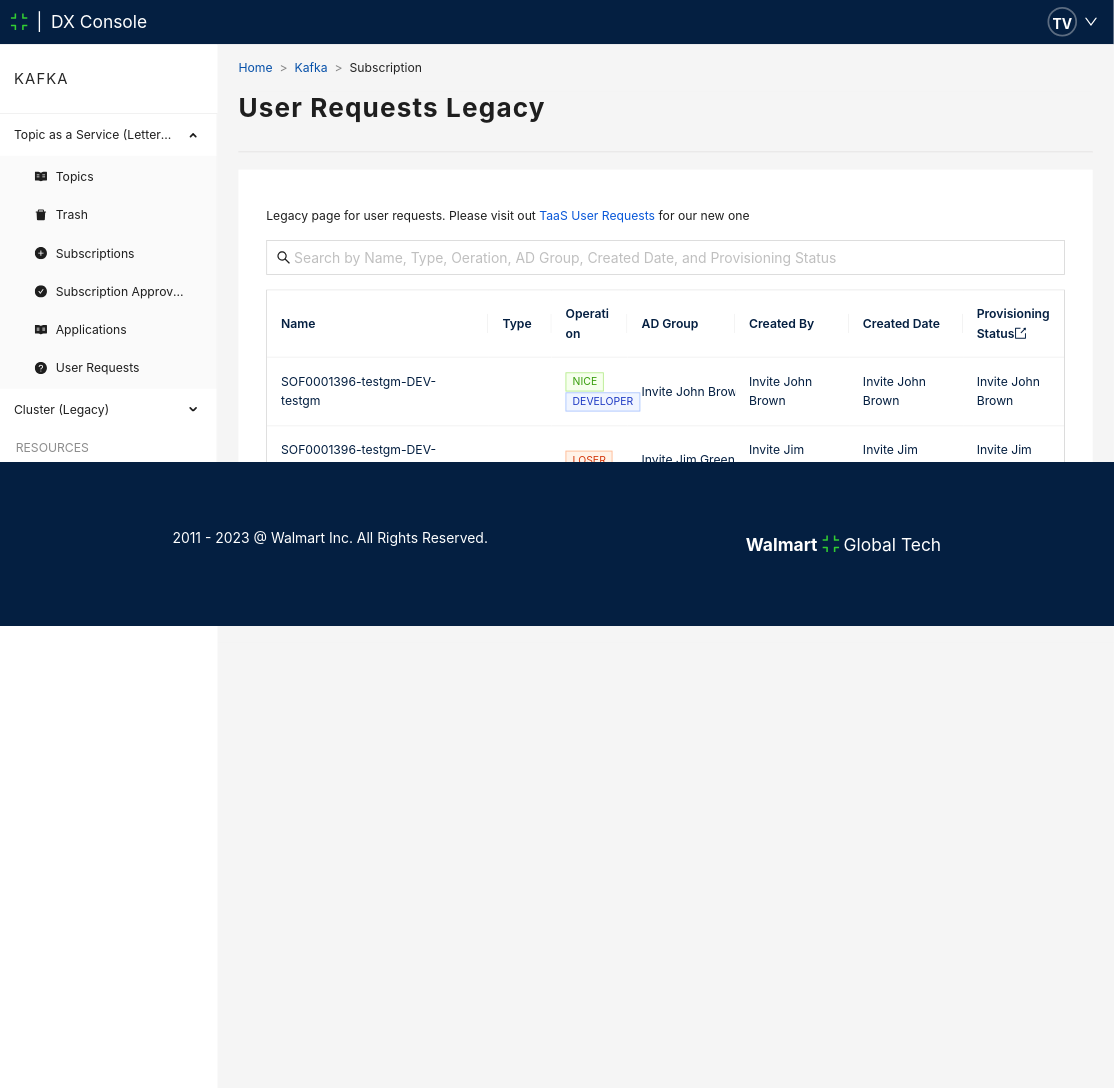
Repository: Qianying-Chai/kafka
Page: /kafka/legacy-requests
The author's editor kept a copy of each file at every save. The page is drawn from the files as they stood at one save, then again after the next save.
The browser window is 1280 px wide. The pictures show the whole page, at 87% of full size.
The project was rebuilt for these pictures with package versions that can differ from the ones it lists, and the page was loaded fresh each time. Also part of the build but not shown: src/pages/Taas/Topics/Topics.jsx, src/pages/Taas/Trash/Style/Trash.css, src/pages/Taas/Trash/Trash.jsx, src/pages/Taas/SubscriptionApprovals/SubscriptionApprovals.jsx, src/pages/Taas/Subscriptions/SubscriptionsNonProxy/SubscriptionsNonProxy.jsx, src/pages/Taas/Subscriptions/SubscriptionsProxy/SubscriptionsProxy.jsx, src/pages/Taas/Applications/Applications.jsx, src/pages/Taas/UserRequests/UserRequests.jsx and 6 more.

Above is the page before, as saved 2024-01-12 23:26:38.

After the next save:
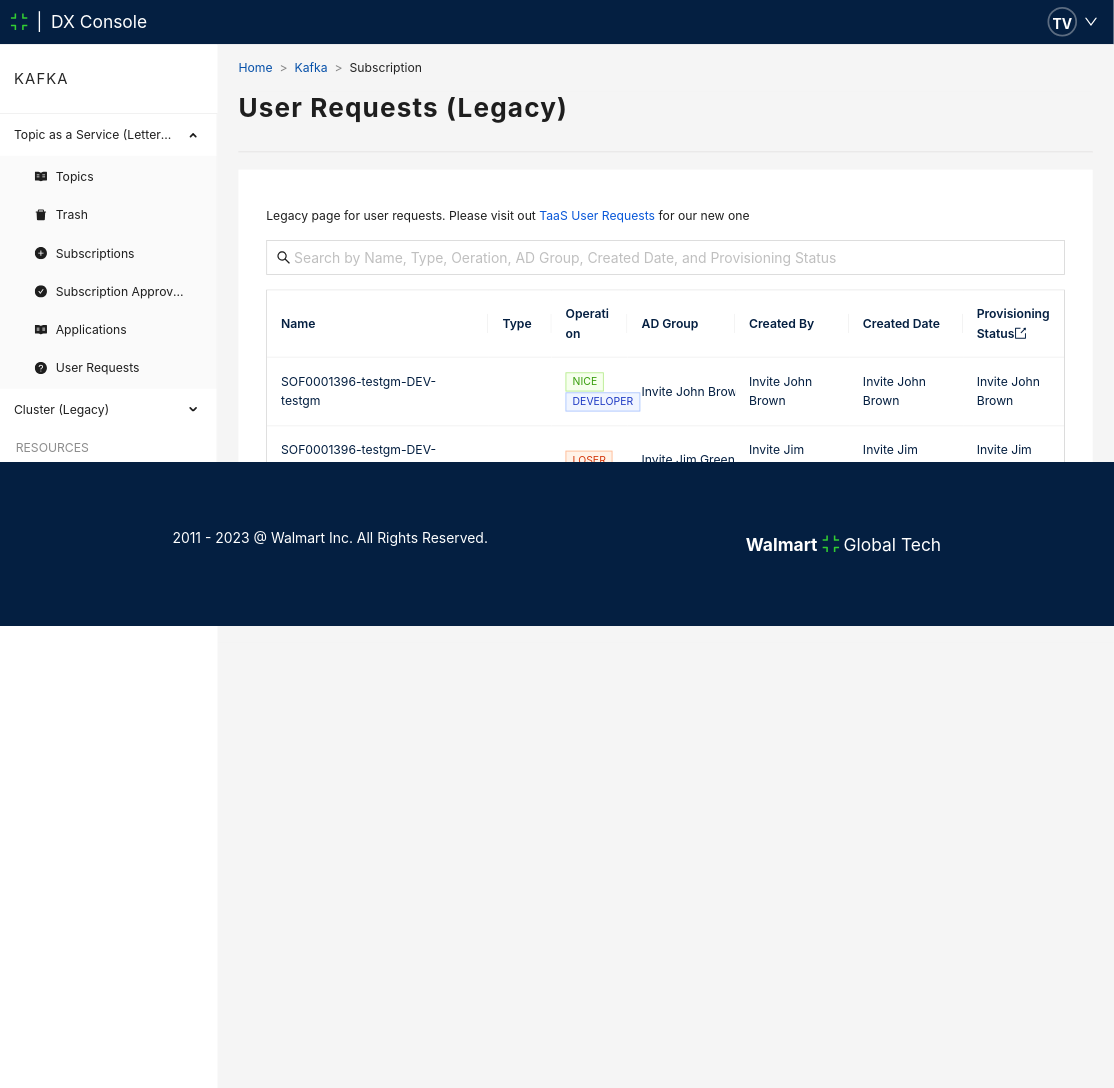
Saved 36 s later.
--- a/src/pages/common/categoryConstants.jsx
+++ b/src/pages/common/categoryConstants.jsx
@@ -8,7 +8,7 @@
   CLUSTERS: "Clusters",
   MIGRATED_CLUSTERS: "Migrated Clusters",
   SUBSCRIPTION: "Subscription",
-  USERE_REQUESTS_LEGACY: "User Requests Legacy",
+  USERE_REQUESTS_LEGACY: "User Requests (Legacy)",
   SUPPORT: "Support",
 };
 
